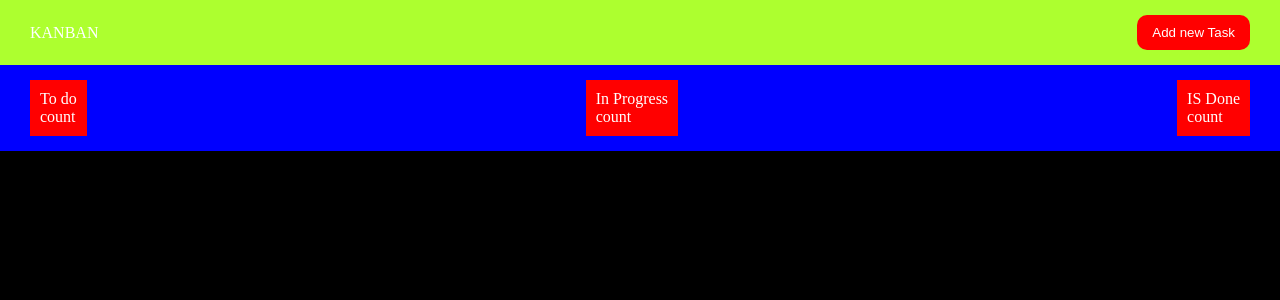
Repository: Sandeepji-5/Kanban-board
Page: index.html
An editor plug-in stored every save of this project. The page is shown before and after the next save, followed by the edit.
The browser window is 1280 px wide. The pictures show the whole page.

Above is the page before, as saved 2025-12-08 18:16:54.

After the next save:
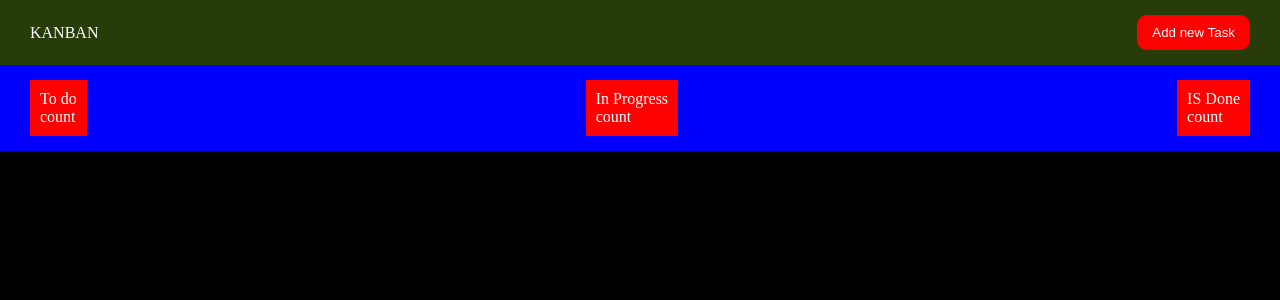
Saved 26 s later.
--- a/style.css
+++ b/style.css
@@ -49,7 +49,7 @@ main{
     height: 100px;
     width: 100%;
     flex-direction: column;
-    background-color: greenyellow;
+    background-color: rgb(40, 60, 9);
 
 }
 
